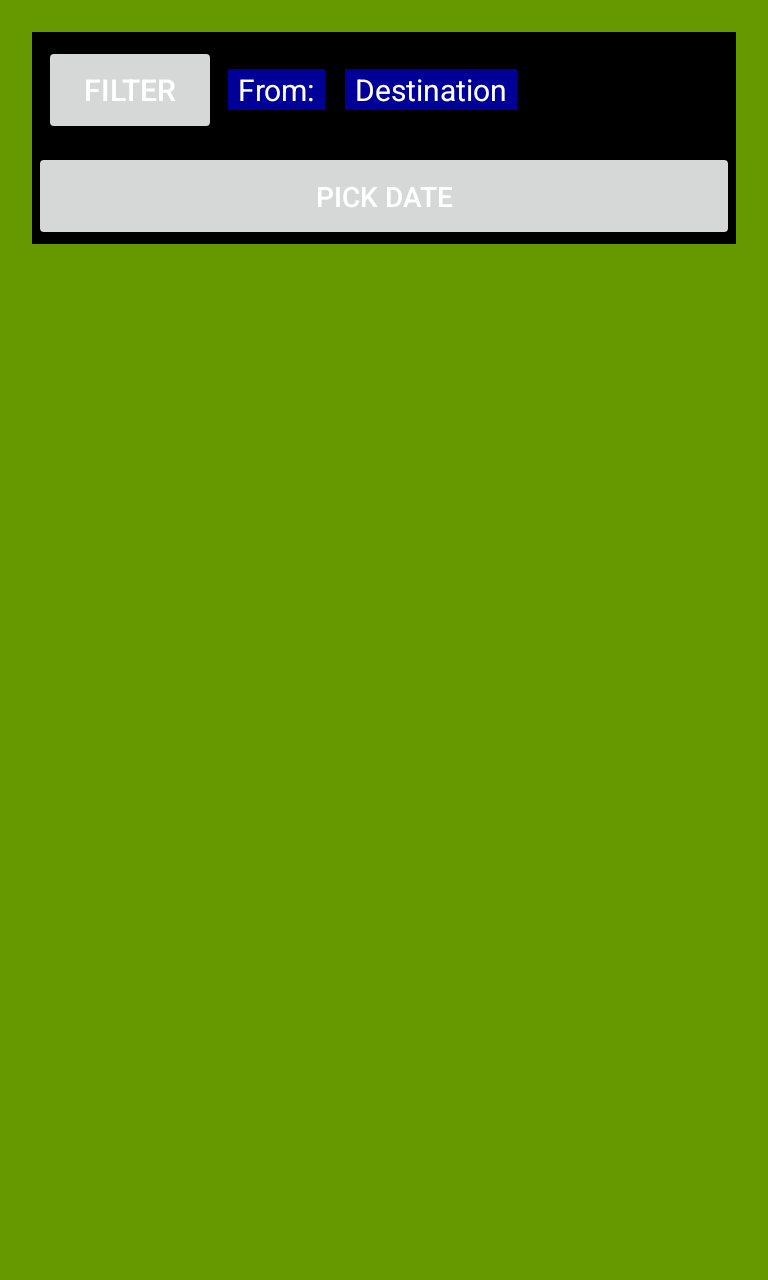
Repository: bwoldemi/LilyTrans
Layout: TransLily/res/layout/activity_ask_ride.xml
An editor plug-in stored every save of this project. The layout is shown before and after the next save, followed by the edit.
It is drawn on a 768 x 1280 px phone screen (xhdpi) without system bars, with theme AppTheme; the app's code is not run. Lists and similar views that code fills are empty.

Above is the layout before, as saved 2014-11-09 19:12:22.

### TransLily/res/layout/activity_ask_ride.xml
<LinearLayout xmlns:android="http://schemas.android.com/apk/res/android"
    xmlns:tools="http://schemas.android.com/tools"
    android:layout_width="match_parent"
    android:layout_height="match_parent"
    android:background="#669900"
    android:orientation="vertical"
    android:paddingBottom="@dimen/activity_vertical_margin"
    android:paddingLeft="@dimen/activity_horizontal_margin"
    android:paddingRight="@dimen/activity_horizontal_margin"
    android:paddingTop="@dimen/activity_vertical_margin"
    tools:context="com.example.translily.MainActivity" >

    <LinearLayout
        android:layout_width="fill_parent"
        android:layout_height="wrap_content"
        android:background="@color/background_filter_layout"
        android:orientation="vertical"
        >

        <LinearLayout
            android:layout_width="fill_parent"
            android:layout_height="wrap_content"
            android:background="@color/background_filter_layout"
            android:orientation="horizontal"
            android:padding="5sp" >

            <Button
                android:layout_width="wrap_content"
                android:layout_height="wrap_content"
                android:onClick="filterSearchRide"
                android:text="@string/sort_rides"
                android:textColor="#FFF"
                android:textSize="15sp" />

            <TextView
                android:id="@+id/ask_ride_from"
                android:layout_width="wrap_content"
                android:layout_height="wrap_content"
                android:layout_marginLeft="5sp"
                android:layout_marginRight="5sp"
                android:background="@color/backgroundFrom"
                android:paddingBottom="0sp"
                android:paddingLeft="5sp"
                android:paddingRight="5sp"
                android:paddingTop="0sp"
                android:text="@string/from"
                android:textColor="#FFF"
                android:textSize="15sp" />

            <TextView
                android:id="@+id/ask_ride_to"
                android:layout_width="wrap_content"
                android:layout_height="wrap_content"
                android:layout_marginBottom="0dip"
                android:layout_marginLeft="5sp"
                android:layout_marginRight="5sp"
                android:layout_marginTop="0dip"
                android:background="@color/backgroundFrom"
                android:paddingLeft="5sp"
                android:paddingRight="5sp"
                android:text="@string/destination"
                android:textColor="#FFF"
                android:textSize="15sp" />
        </LinearLayout>

        <Button
            android:id="@+id/datePicker"
            android:layout_width="fill_parent"
            android:layout_height="wrap_content"
            android:onClick="showDatePickerDialog"
            android:text="@string/pick_date"
            android:textColor="#FFF" />
    </LinearLayout>

    <ListView
        android:id="@+id/ask_ride_lv"
        android:layout_width="fill_parent"
        android:layout_height="wrap_content" >
    </ListView>

</LinearLayout>

### TransLily/res/values/strings.xml
<?xml version="1.0" encoding="utf-8"?>
<resources>

    <string name="app_name">TransLily</string>
    <string name="hello_world">Hello world!</string>
    <string name="action_settings">Settings</string>
    <string name="lily">LILY Transportation </string>
    <string name="from">From: </string>
    <string name="starting_location">Enter starting point</string>
    <string name="destination_point">To: </string>
    <string name="ending_location">Enter your destination</string>
    <string name="senior_name"> Name: </string>
    <string name="typein_name"> Enter your full name here</string>
    <string name="contact_info"> Phone Number: </string>
    <string name="phone_number"> e.g 0458749818 </string>
    <string name="button_askride"> Search rides</string>
    <string name="button_offerride"> Offer ride</string>
    <string name="pick_time"> Pick time </string>
    <string name="pick_date"> Pick date </string>
    <string name="title_activity_ask_ride">Ask Ride Page</string>
    <string name="title_activity_booked_ride">BookedRideActivity</string>
    <string name="show_my_booked_rides">Show my booked rides</string>
    <string name="title_activity_post_ride">Post Ride Page</string>
    <string name="search_ride">Search ride </string>
    <string name="post_ride">Post ride </string>
    <string name="My_request_rides">My requests </string>
    <string name="My_Post_rides">My posts </string>
    <string name="welcome_message">Welcome To Lily Transport </string>
    <string name="service_provider">Service provider </string>
    <string name="taxi_id">Taxi id</string>
    <string name="starting_point">Starting point</string>
    <string name="destination"> Destination </string>
    <string name="date"> Date </string>
    <string name="number_of_person">Number of Person</string>
    <string name="comment">Comment </string>
    <string name="title_activity_my_post_rides">My Post Rides Page</string>
    <string name="title_activity_reserved_post_rides">ReservedPostRides</string>
    <string name="cancel">Cancel</string>
    <string name="approve">Approve</string>
    <string name="save">Save</string>
    <string name="please_enter_name_phone"> Please eneter your name and phonenumber</string>
    <string name="full_name">Full Name</string>
    <string name="com.lily.pre">com.lily.pre</string>
    <string name="save_changes">Save Changes</string>
    <string name="change_your_data">Change your data</string>
    <string name="sort_rides">Filter</string>
    <string name="filer_by_date">Filter by date </string>

    <color name="text_color">#FFF</color>
    <color name="background">#669900</color>
    <color name="backgroundFrom">#000099</color>
	<color name="background_filter_layout">#000</color>
    <string name="title_activity_basic_info">BasicInfoActivity</string>
    <string name="title_activity_setting">Setting</string>

    <string-array name="service_providers">
        <item>Taxi</item>
        <item>Voulunter</item>
    </string-array>

</resources>

Loaded but not shown: TransLily/res/values/styles.xml (common file); TransLily/res/values-v11/styles.xml (common file); TransLily/res/values-v14/styles.xml (common file); TransLily/res/values/dimens.xml (common file); TransLily/res/values-w820dp/dimens.xml (common file)

After the next save:
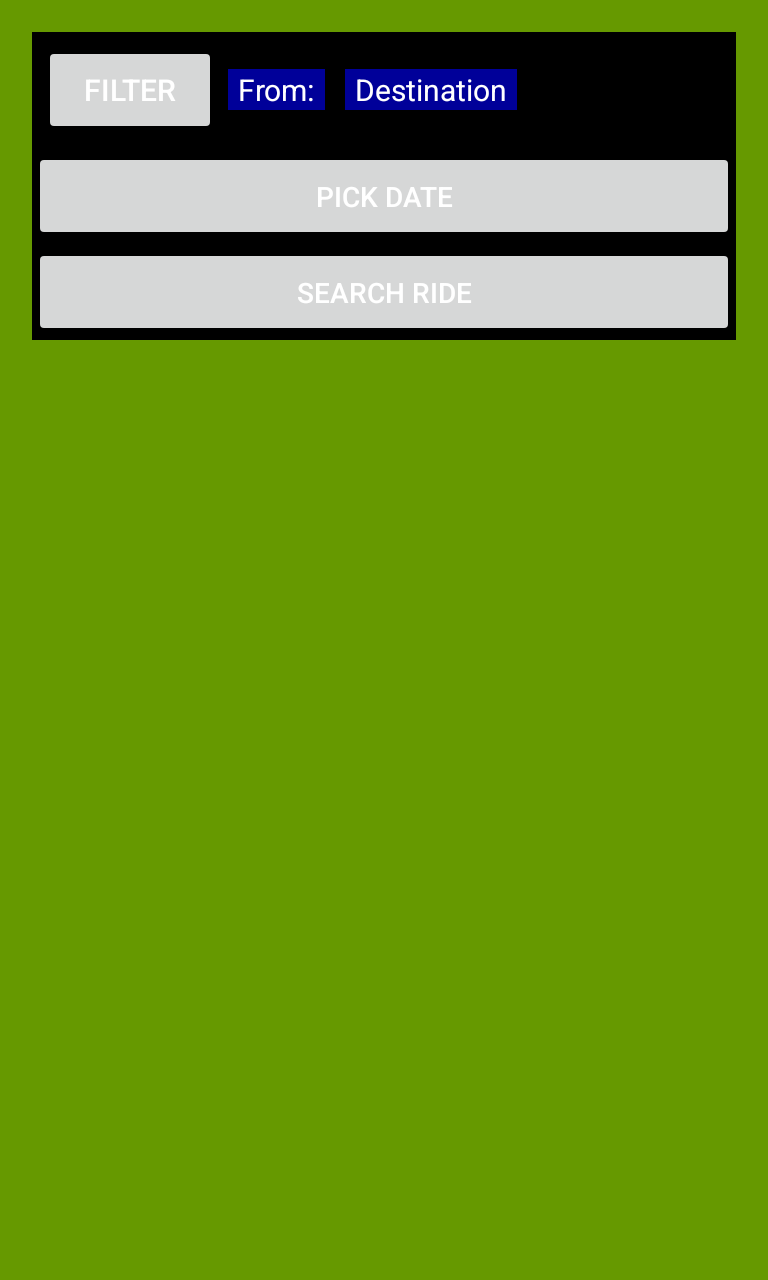
Saved 54 min 7 s later.
--- a/TransLily/res/layout/activity_ask_ride.xml
+++ b/TransLily/res/layout/activity_ask_ride.xml
@@ -70,6 +70,13 @@
             android:onClick="showDatePickerDialog"
             android:text="@string/pick_date"
             android:textColor="#FFF" />
+         <Button
+
+            android:layout_width="fill_parent"
+            android:layout_height="wrap_content"
+            android:onClick="filterSearches"
+            android:text="@string/search_ride"
+            android:textColor="#FFF" />
     </LinearLayout>
 
     <ListView
